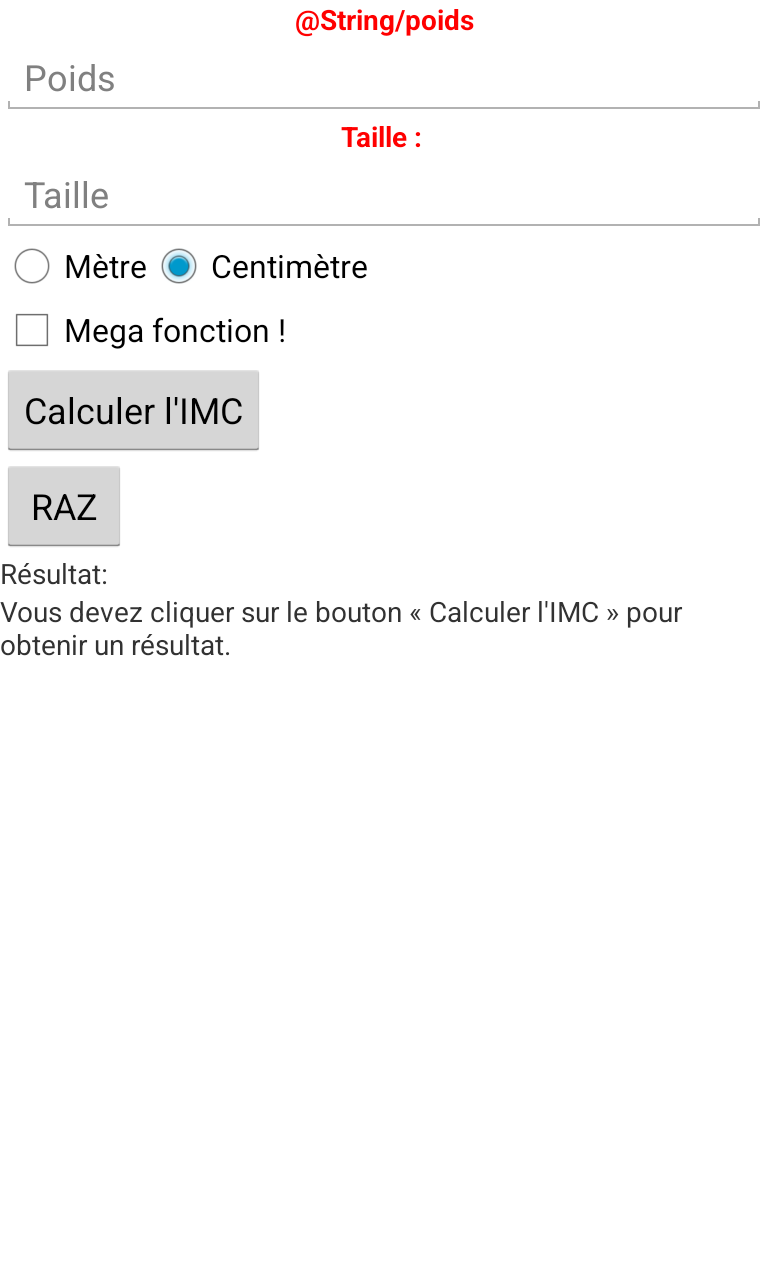
Repository: BlackyFox/PST4-NFC
Layout: Antoine/App_test/res/layout/activity_main.xml
The author's editor kept a copy of each file at every save. The layout is drawn from the files as they stood at one save, then again after the next save.
It is drawn on a 768 x 1280 px phone screen (xhdpi) without system bars, with theme AppTheme; the app's code is not run.

Above is the layout before, as saved 2014-11-03 10:37:52.

### Antoine/App_test/res/layout/activity_main.xml
<?xml version="1.0" encoding="utf-8"?>
<LinearLayout xmlns:android="http://schemas.android.com/apk/res/android"
  android:layout_width="fill_parent"
  android:layout_height="fill_parent"
  android:orientation="vertical">
  <TextView
    android:layout_width="fill_parent"
    android:layout_height="wrap_content"
    android:text="@String/poids"
    android:textStyle="bold"
    android:textColor="#FF0000"
    android:gravity="center"
  />
  <EditText
    android:id="@+id/poids"
    android:layout_width="fill_parent"
    android:layout_height="wrap_content"
    android:hint="Poids"
    android:inputType="numberDecimal"
  />
  <TextView
    android:layout_width="fill_parent"
    android:layout_height="wrap_content"
    android:text="Taille : "
    android:textStyle="bold"
    android:textColor="#FF0000"
    android:gravity="center"
  />
  <EditText
    android:id="@+id/taille"
    android:layout_width="fill_parent"
    android:layout_height="wrap_content"
    android:hint="Taille"
    android:inputType="numberDecimal"
  />
  <RadioGroup
    android:id="@+id/group"
    android:layout_width="wrap_content"
    android:layout_height="wrap_content"
    android:checkedButton="@+id/radio2"
    android:orientation="horizontal"
  >
    <RadioButton
      android:id="@+id/radio1"
      android:layout_width="wrap_content"
      android:layout_height="wrap_content"
      android:text="Mètre"
    />
    <RadioButton
      android:id="@+id/radio2"
      android:layout_width="wrap_content"
      android:layout_height="wrap_content"
      android:text="Centimètre"
    />
  </RadioGroup>
  <CheckBox
    android:id="@+id/mega"
    android:layout_width="wrap_content"
    android:layout_height="wrap_content"
    android:text="Mega fonction !"
  />
  <Button
    android:id="@+id/calcul"
    android:layout_width="wrap_content"
    android:layout_height="wrap_content"
    android:text="Calculer l'IMC"
  />
  <Button
    android:id="@+id/raz"
    android:layout_width="wrap_content"
    android:layout_height="wrap_content"
    android:text="RAZ"
  />
  <TextView
    android:layout_width="wrap_content"
    android:layout_height="wrap_content"
    android:text="Résultat:"
  />
  <TextView
    android:id="@+id/result"
    android:layout_width="fill_parent"
    android:layout_height="fill_parent"
    android:text="Vous devez cliquer sur le bouton « Calculer l'IMC » pour obtenir un résultat."
  />
</LinearLayout>

### Antoine/App_test/res/values/strings.xml
<?xml version="1.0" encoding="utf-8"?>
<resources>

    <string name="app_name">App_test</string>
    <string name="hello_world">Hello world!b</string>
    <string name="action_settings">Settings</string>
    <string name="poids">Poids :</string>

</resources>

Loaded but not shown: Antoine/App_test/res/values/styles.xml (common file); Antoine/App_test/res/values-v11/styles.xml (common file); Antoine/App_test/res/values-v14/styles.xml (common file)

After the next save:
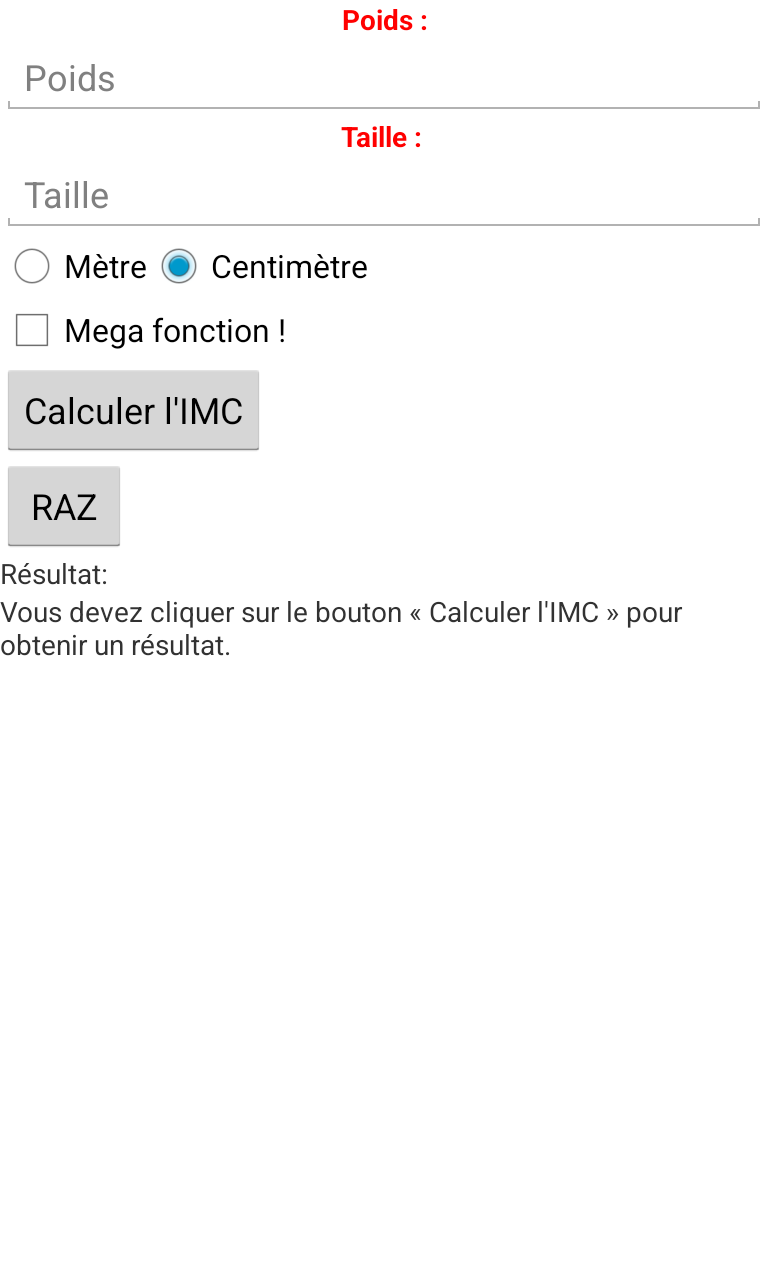
Saved 5 s later.
--- a/Antoine/App_test/res/layout/activity_main.xml
+++ b/Antoine/App_test/res/layout/activity_main.xml
@@ -6,7 +6,7 @@
   <TextView
     android:layout_width="fill_parent"
     android:layout_height="wrap_content"
-    android:text="@String/poids"
+    android:text="@string/poids"
     android:textStyle="bold"
     android:textColor="#FF0000"
     android:gravity="center"
